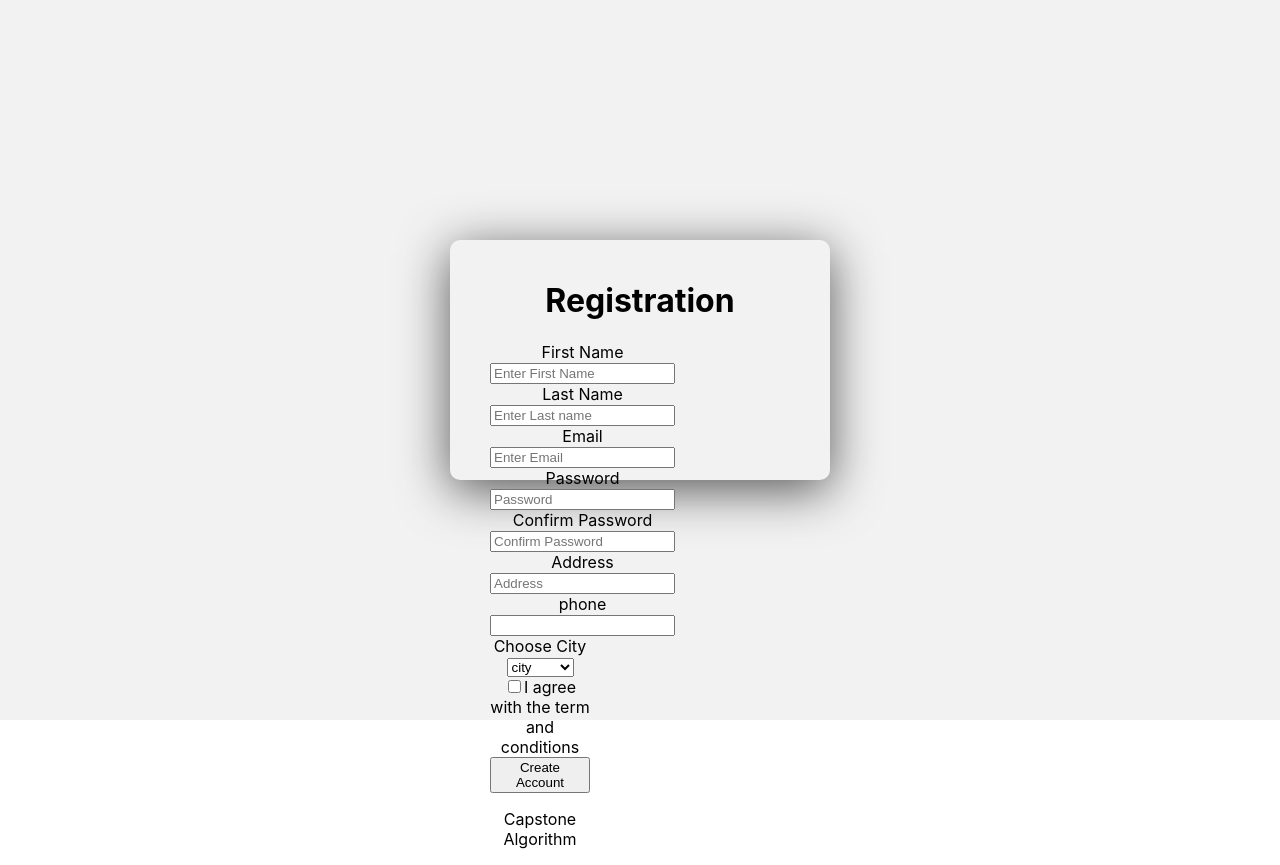
Repository: Fortune-Labs/Event-management-system-CapstoneG3
Page: / (app in frontend/)
These files come from the project's save history. The page is drawn as it stood at one moment and after the next save; the edit follows.
The browser window is 1280 px wide. The pictures show the whole page.
The project was rebuilt for these pictures with package versions that can differ from the ones it lists, and the page was loaded fresh each time.

Above is the page before, as saved 2020-09-02 23:29:31.

After the next save:
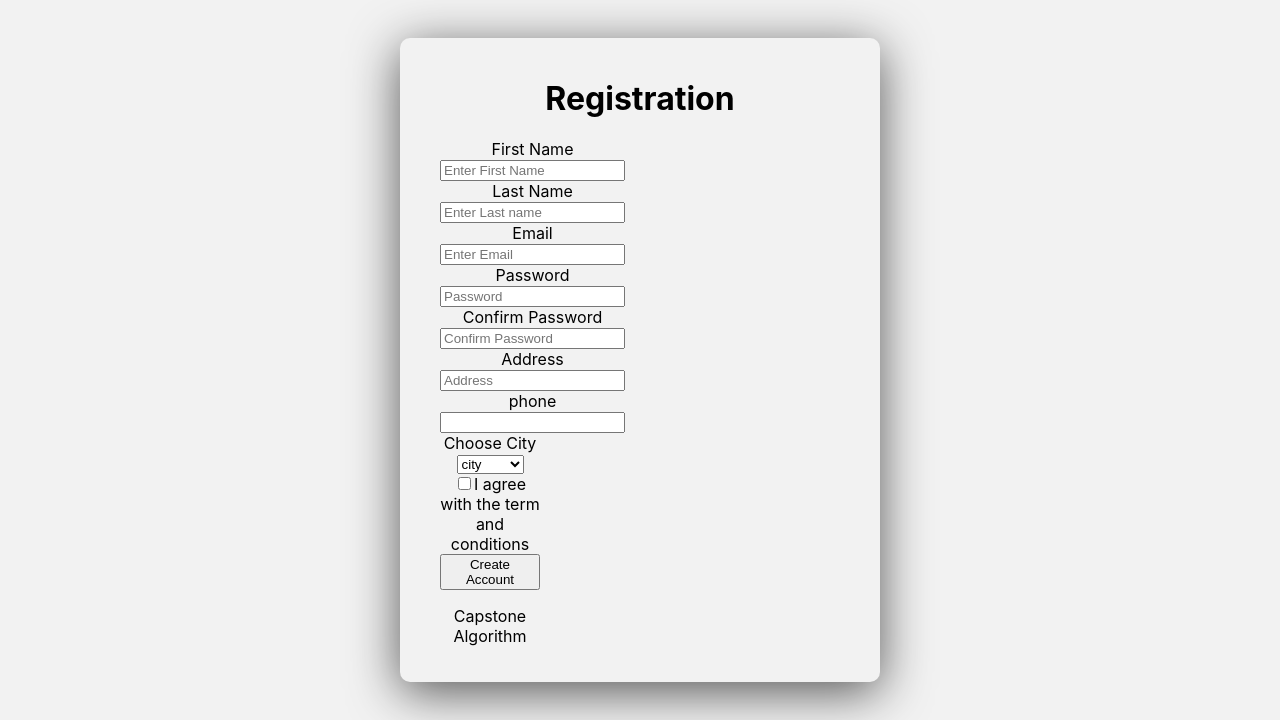
Saved 55 s later.
--- a/frontend/src/components/LoginSignup/style.css
+++ b/frontend/src/components/LoginSignup/style.css
@@ -9,8 +9,8 @@
 }
 
 .form-wrapper {
-  width: 300px;
-  height: 200px;
+  width: 400px;
+
   display: flex;
   flex-direction: column;
   padding: 20px 40px;
@@ -23,3 +23,7 @@
   display: flex;
   flex-wrap: wrap;
 }
+hi {
+  text-align: center;
+  width: 100px;
+}

After the save that followed:
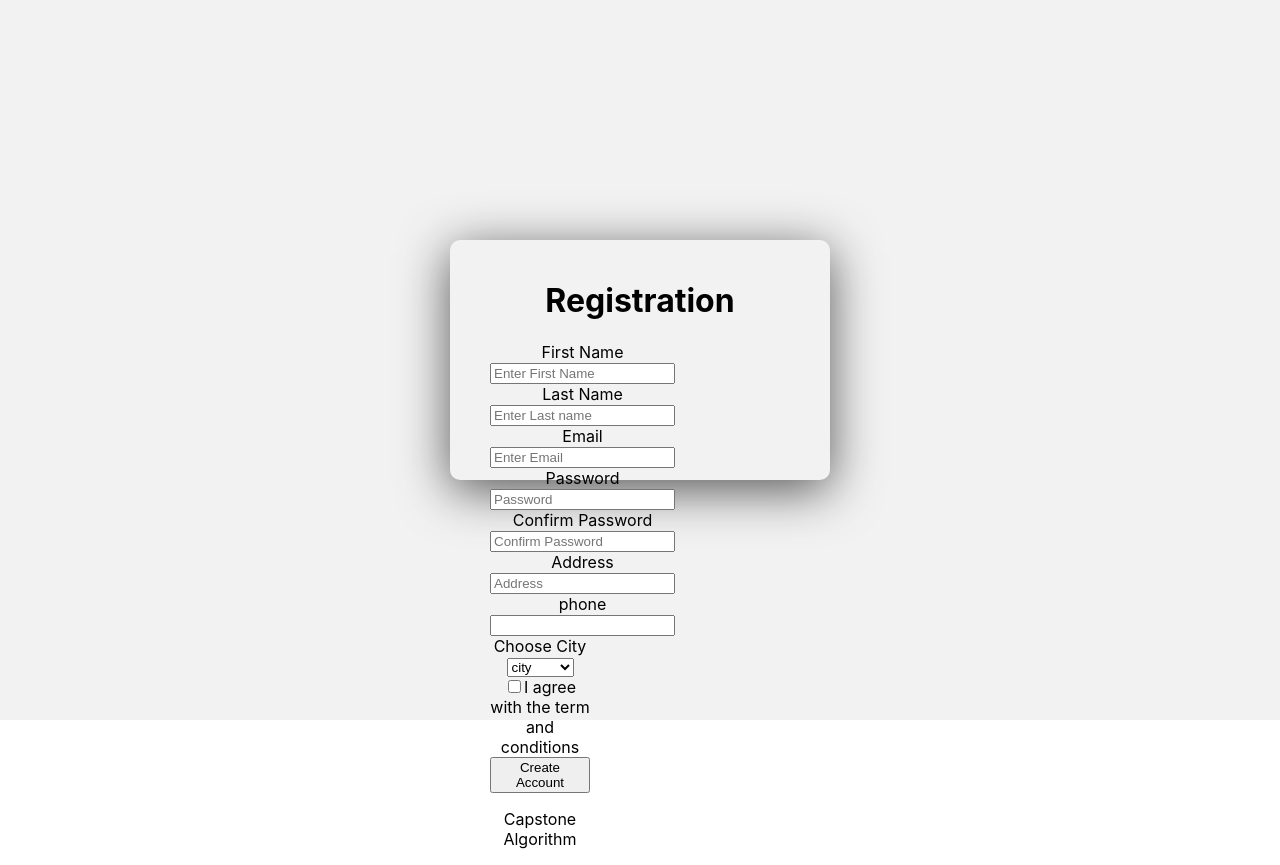
Saved 11 s later.
--- a/frontend/src/components/LoginSignup/style.css
+++ b/frontend/src/components/LoginSignup/style.css
@@ -9,8 +9,8 @@
 }
 
 .form-wrapper {
-  width: 400px;
-
+  width: 300px;
+  height: 200px;
   display: flex;
   flex-direction: column;
   padding: 20px 40px;
